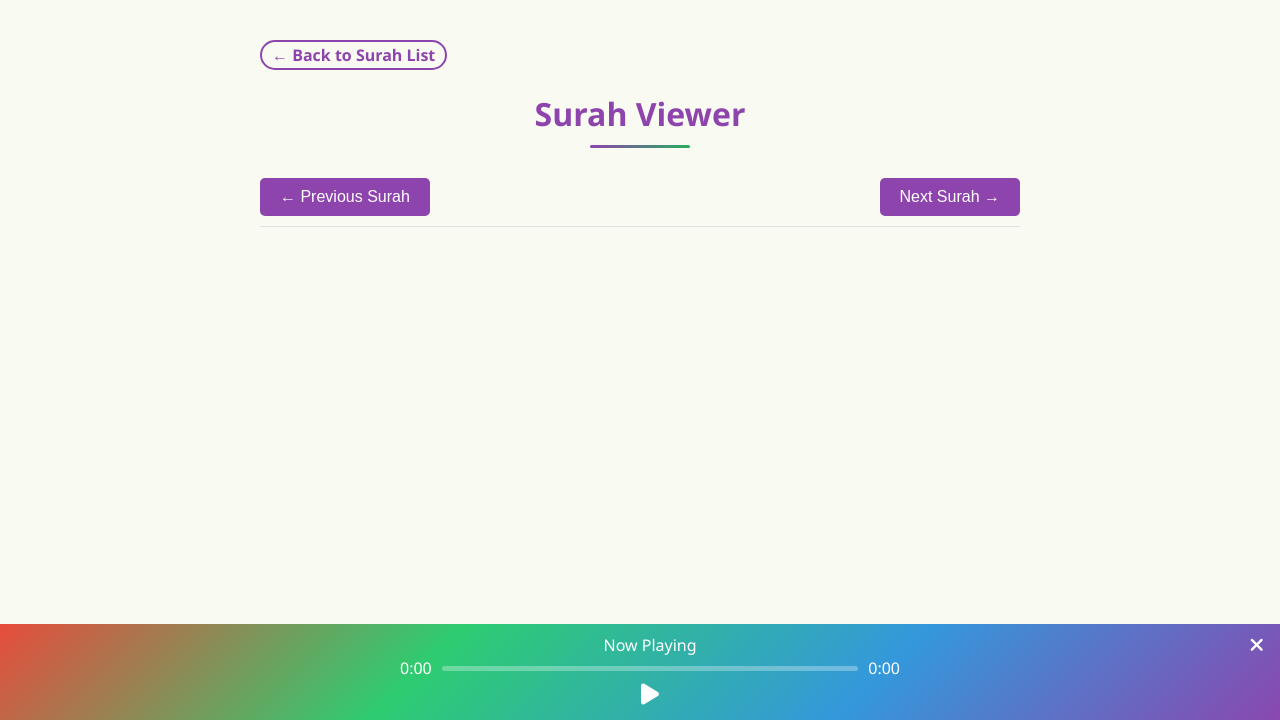
Repository: MohdKaarim/quran
Page: app/src/main/assets/surah.html
These files come from the project's save history. The page is drawn as it stood at one moment and after the next save; the edit follows.
The browser window is 1280 px wide. The pictures show the whole page.

Above is the page before, as saved 2025-07-18 21:51:35.

### app/src/main/assets/surah.html
<!DOCTYPE html>
<html lang="en">

<head>
  <meta charset="UTF-8" />
  <meta name="viewport" content="width=device-width, initial-scale=1.0" />
  <title>Surah Viewer</title>
  <link rel="stylesheet" href="https://cdnjs.cloudflare.com/ajax/libs/font-awesome/6.4.0/css/all.min.css">
  <style>
    body {
      font-family: 'Segoe UI', sans-serif;
      padding: 20px;
      background-color: #f9faf1;
      color: #2c3e50;
      max-width: 800px;
      margin: auto;
    }
    .container {
            max-width: 800px;
            margin: 0 auto;
            padding: 20px;
            padding-bottom: 100px; /* Space for player */
    }


    h1 {
        text-align: center;
        color: #8e44ad;
        margin-bottom: 20px;
        position: relative;
    }

        h1::after {
        content: '';
        display: block;
        width: 100px;
        height: 3px;
        background: linear-gradient(90deg, #8e44ad, #27ae60);
        margin: 10px auto 0;
        border-radius: 3px;
    }


    .back-button {
      display: inline-block;
      margin-bottom: 1px;
      color: #8e44ad;
      font-weight: bold;
      text-decoration: none;
      padding: 2px 10px;
      border: 2px solid #8e44ad;
      border-radius: 25px;
      transition: background-color 0.3s, color 0.3s;
    }

    .back-button:hover {
      background-color: #8e44ad;
      color: white;
    }

    .verse {
      padding: 15px;
      margin-bottom: 10px;
      border-left: 5px solid transparent;
      border-radius: 4px;
      background-color: rgb(247, 242, 231);
      transition: background-color 0.3s, border-left 0.3s;
    }

    .verse .arabic {
      font-size: 1.8rem;
      text-align: right;
      font-weight: bold;
      direction: rtl;
      color: #2c3e50;
    }

    .verse .english {
      text-align: right;
      color: #555;
      margin-top: 5px;
      font-style: italic;
      font-weight: bold;
    }

    .verse .englishtrans {
      text-align: right;
      font-size: 1.8rem;
      color: #555;
      margin-top: 5px;
      font-style: italic;
      font-weight: bold;
    }

    .highlight {
      background-color: #d1c4e9;
      border-left: 5px solid #8e44ad;
    }

    .currently-playing {
      transform: translateY(100%);
      transition: transform 0.4s ease;
      position: fixed;
      bottom: 0;
      left: 0%;
      width: 100%;
      background-size: 400% 400%;
      background: linear-gradient(-45deg, #8e44ad, #3498db, #2ecc71, #e74c3c);
      animation: gradientBG 1s ease infinite;
      color: white;
      padding: 10px;
      display: flex;
      flex-direction: column;
      align-items: center;
      gap: 1px;
    }
    @keyframes gradientBG {
        0% { background-position: 0% 50%; }
        50% { background-position: 100% 50%; }
        100% { background-position: 0% 50%; }
    }

    .currently-playing.show {
      transform: translateY(0);
      transition: transform 0.4s ease;
    }

    .progress-container {
      display: flex;
      align-items: center;
      width: 80%;
      max-width: 500px;
      gap: 10px;
    }

    .progress-bar-wrapper {
      flex-grow: 1;
      height: 5px;
      background-color: rgba(255, 255, 255, 0.3);
      border-radius: 3px;
      overflow: hidden;
      position: relative;
      cursor: pointer;
    }

    .progress-bar {
      height: 100%;
      background-color: white;
      width: 0%;
    }

    .player-controls button {
      background: none;
      border: none;
      color: white;
      font-size: 1.5rem;
      cursor: pointer;
    }

    .navigation {
        display: flex;
        justify-content: space-between;
        margin: 20px 0;
        position: sticky;
        top: 0;
        background-color: #f9faf1; /* Match body background */
        padding: 10px 0;
        z-index: 10; /* Make sure it stays above verses */
        border-bottom: 1px solid #e1e1e1;
        }

    .navigation button {
      background-color: #8e44ad;
      color: white;
      border: none;
      padding: 10px 20px;
      font-size: 1rem;
      cursor: pointer;
      border-radius: 5px;
    }
    .close-player {
      position: absolute;
      top: 10px;
      right: 30px;
      background: none;
      border: none;
      color: white;
      font-size: 1.2rem;
      cursor: pointer;
    }

    .navigation button:hover {
      background-color: #6c3483;
    }

    @media (max-width: 600px) {
      .verse .arabic {
        font-size: 1rem;
      }

      .verse .english {
        font-size: 0.8rem;
      }

      .verse .englishtrans {
        font-size: 0.8rem;
      }

      .progress-container {
        flex-direction: column;
        gap: 4px;
        align-items: stretch;
     }

      .currently-playing {
        padding: 10px 15px;
      }

    }
  </style>
</head>

<body>
  <div class="container">
    <a href="Test.html" class="back-button">← Back to Surah List</a>
    <h1 id="surah-title">Surah Viewer</h1>

    <div class="navigation">
      <button id="prev-surah">← Previous Surah</button>
      <button id="next-surah">Next Surah →</button>
    </div>

    <div id="verse-container" style="max-height: 500px; overflow-y: auto;"></div>

    <div class="currently-playing show" id="currently-playing">
      <div id="now-playing-title">Now Playing</div>
      <div class="progress-container">
        <span id="current-time">0:00</span>
        <div class="progress-bar-wrapper">
          <div class="progress-bar" id="progress-bar"></div>
        </div>
        <span id="total-time">0:00</span>
      </div>
      <div class="player-controls">
        <button id="play-pause-btn"><i class="fas fa-play"></i></button>
      </div>
        <button class="close-player" id="close-player" title="Close Player">
            <i class="fas fa-times"></i>
    </button>
    </div>
  </div>

<audio id="audio-player" preload="auto"></audio>

<script>
  // Declare globals
  let surahNumber = parseInt(new URLSearchParams(window.location.search).get('surah')) || 1;

  const title = document.getElementById("surah-title");
  const verseContainer = document.getElementById("verse-container");
  const audioPlayer = document.getElementById("audio-player");
  const playPauseBtn = document.getElementById("play-pause-btn");
  const progressBar = document.getElementById("progress-bar");
  const currentTimeEl = document.getElementById("current-time");
  const totalTimeEl = document.getElementById("total-time");
  const nowPlayingTitle = document.getElementById("now-playing-title");
  const closePlayerBtnElement = document.getElementById('close-player');
  const currentlyPlayingElement = document.getElementById('currently-playing');


  const nextBtn = document.getElementById("next-surah");
  const prevBtn = document.getElementById("prev-surah");

  let currentSurahData = null;
  let isPlaying = false;
  let progressInterval;
  let allSurahs = {};

  function formatTime(seconds) {
    const mins = Math.floor(seconds / 60);
    const secs = Math.floor(seconds % 60);
    return `${mins}:${secs < 10 ? '0' : ''}${secs}`;
  }

  function updateProgress() {
    if (!audioPlayer.duration) return;
    const percent = (audioPlayer.currentTime / audioPlayer.duration) * 100;
    progressBar.style.width = `${percent}%`;
    currentTimeEl.textContent = formatTime(audioPlayer.currentTime);
    totalTimeEl.textContent = formatTime(audioPlayer.duration);
  }

  function highlightVerse(currentTime) {
    if (!currentSurahData?.verses) return;
    currentSurahData.verses.forEach((v, i) => {
      const el = document.getElementById(`verse-${i}`);
      if (!el) return;
      const nextStart = currentSurahData.verses[i + 1]?.start ?? Infinity;
      el.classList.toggle("highlight", currentTime >= v.start && currentTime < nextStart);
    });
  }

  function togglePlayPause() {
    if (isPlaying) {
      audioPlayer.pause();
      isPlaying = false;
      playPauseBtn.innerHTML = '<i class="fas fa-play"></i>';
      clearInterval(progressInterval);
    } else {
      audioPlayer.play().then(() => {
        isPlaying = true;
        playPauseBtn.innerHTML = '<i class="fas fa-pause"></i>';
        progressInterval = setInterval(() => {
          updateProgress();
          highlightVerse(audioPlayer.currentTime);
        }, 500);
      }).catch(err => {
        console.error("Audio play error:", err);
        alert("Could not play audio. Please try again.");
      });
    }
  }

  playPauseBtn.addEventListener("click", togglePlayPause);

    closePlayerBtnElement.addEventListener('click', () => {
    audioPlayer.pause();
    isPlaying = false;
    playPauseBtn.innerHTML = '<i class="fas fa-play"></i>';
    clearInterval(progressInterval);
    currentlyPlayingElement.classList.remove('show'); // Slide down the player
  });

  audioPlayer.onerror = function () {
    alert("Error loading audio. Please check the audio URL.");
  }

  nextBtn.addEventListener("click", () => {
    if (allSurahs[surahNumber + 1]) {
      loadSurah(surahNumber + 1);
    }
  });

  prevBtn.addEventListener("click", () => {
    if (allSurahs[surahNumber - 1]) {
      loadSurah(surahNumber - 1);
    }
  });

  function loadSurahData(jsonString) {
    try {
      allSurahs = JSON.parse(jsonString);
      loadSurah(surahNumber);
    } catch (e) {
      console.error("Failed to load Surah data:", e);
      verseContainer.innerHTML = `<div style="color:red;padding:20px;">Error loading Quran data: ${e.message}</div>`;
    }
  }

  function loadSurah(number) {
    surahNumber = number;
    const surah = allSurahs[surahNumber];
    currentSurahData = surah;

    if (!surah) {
      title.textContent = "Surah Not Found";
      verseContainer.innerHTML = `<div style="color:red;padding:20px;">Surah ${number} not available</div>`;
      return;
    }

    title.textContent = `Surah ${surah.name} (${surah.arabicname})`;
    verseContainer.innerHTML = "";


    surah.verses.forEach((verse, index) => {
      const verseEl = document.createElement("div");
      verseEl.className = "verse";
      verseEl.id = `verse-${index}`;
      verseEl.innerHTML = `
        <div class="arabic">${verse.text || '[No Arabic Text]'}</div>
        <div class="englishtrans">${verse.englishtrans || '[No English Translation]'}</div>
        <div class="english">${verse.en || '[No Translation]'}</div>

      `;
      verseContainer.appendChild(verseEl);
    });

    if (surah.audioUrl && typeof surah.audioUrl === 'string') {
      nowPlayingTitle.textContent = `Surah ${surah.name} (${surah.arabicname})`;
      audioPlayer.src = surah.audioUrl;
      audioPlayer.play().then(() => {
        isPlaying = true;
        currentlyPlayingElement.classList.remove('hidden');
        currentlyPlayingElement.classList.add('show');
        playPauseBtn.innerHTML = '<i class="fas fa-pause"></i>';
        progressInterval = setInterval(() => {
          updateProgress();
          highlightVerse(audioPlayer.currentTime);
        }, 500);
      }).catch(err => {
        console.log("Autoplay blocked: " + err.message);
      });

      audioPlayer.onloadedmetadata = () => {
        totalTimeEl.textContent = formatTime(audioPlayer.duration);
      };
    } else {
      console.warn("No valid audio URL found");
      document.getElementById("currently-playing").style.display = "none";
    }
  }
</script>

</body>
</html>

After the next save:
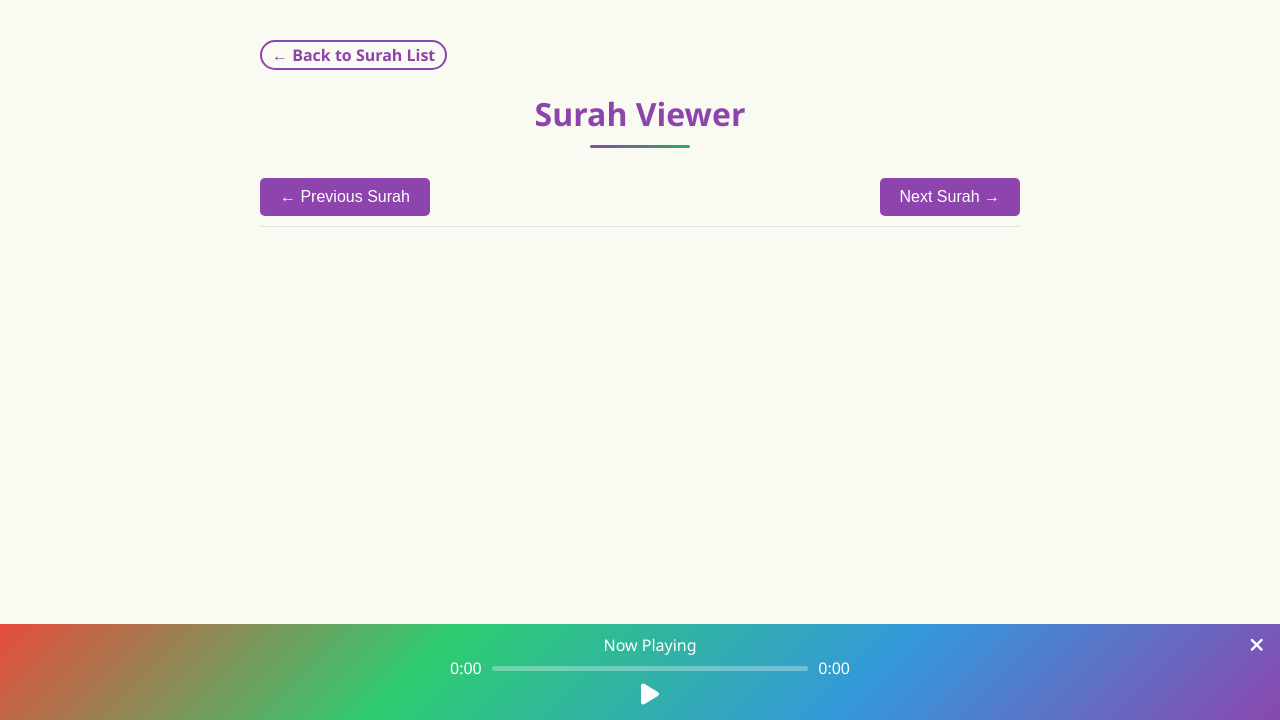
Saved 3 min 34 s later.
--- a/app/src/main/assets/surah.html
+++ b/app/src/main/assets/surah.html
@@ -129,7 +129,7 @@
       display: flex;
       align-items: center;
       width: 80%;
-      max-width: 500px;
+      max-width: 400px;
       gap: 10px;
     }
 
